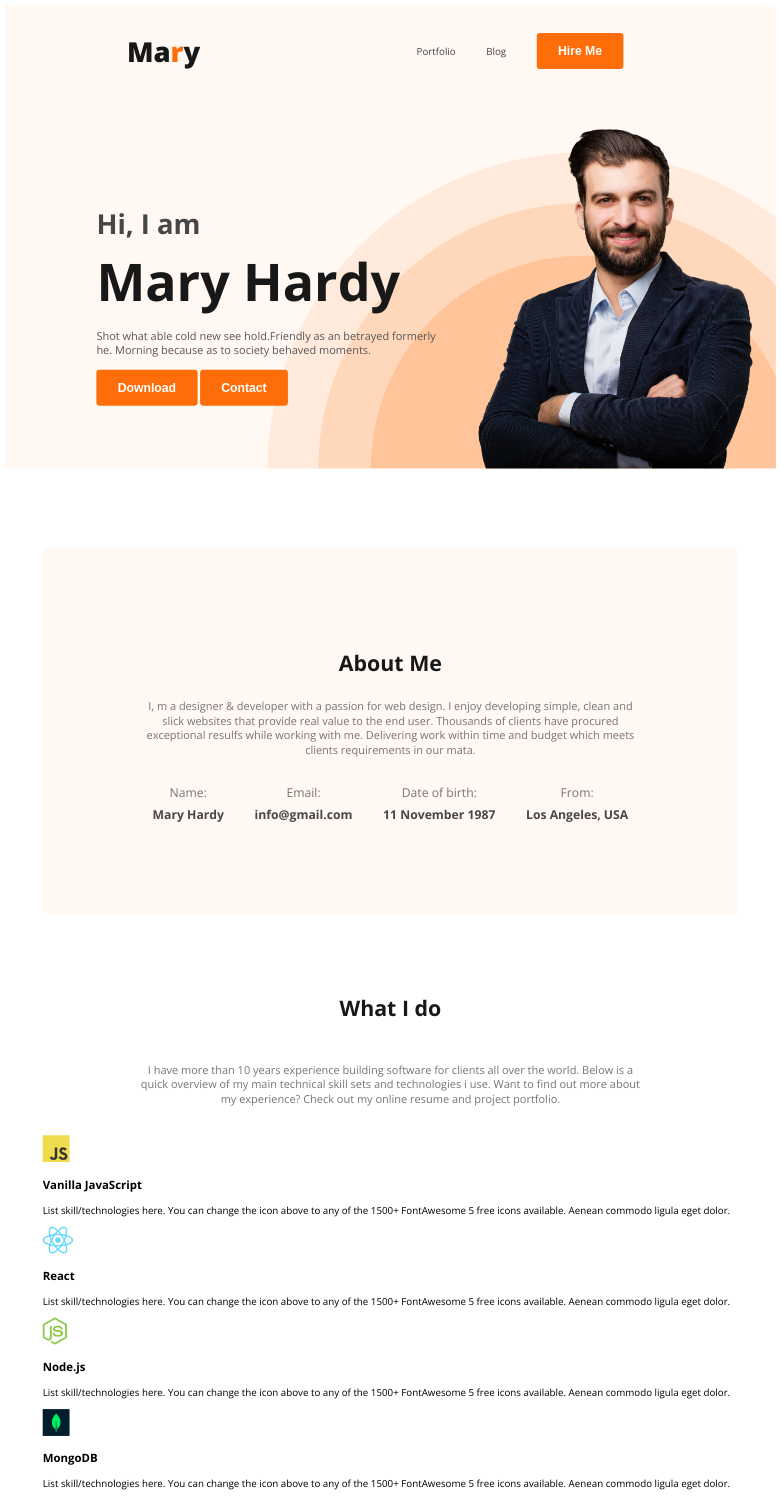
Repository: ShouravAhammed/Simple-Portfolio-Webpage
Page: index.html
The author's editor kept a copy of each file at every save. The page is drawn from the files as they stood at one save, then again after the next save.
The browser window is 1280 px wide. The pictures show the whole page, at 61% of full size.

Above is the page before, as saved 2024-01-06 02:08:34.

After the next save:
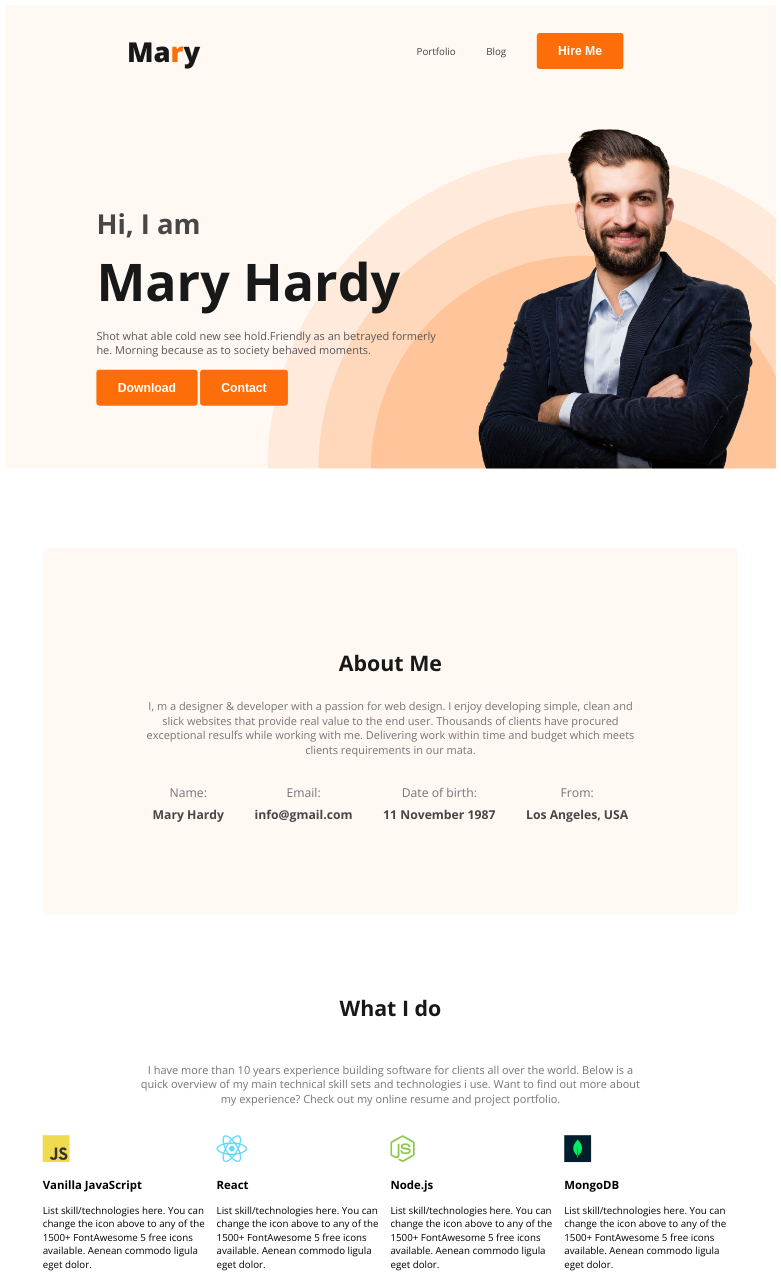
Saved 52 s later.
--- a/index.css
+++ b/index.css
@@ -132,3 +132,8 @@ main{
 #what-i-do-description{
     padding: 30px 150px;
 }
+/* what i do section style */
+.skills-container{
+    display: flex;
+
+}
